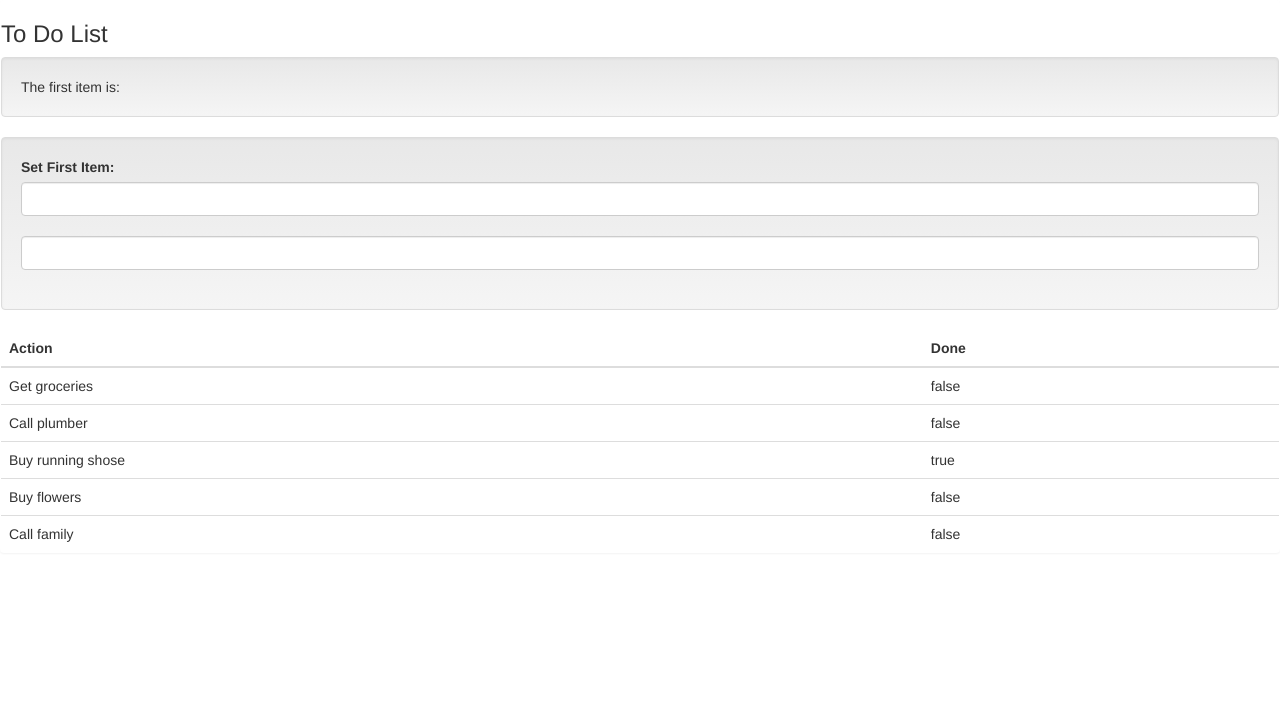
Repository: chisun-joung/workplace
Page: angularJS/WebContent/Chap10_Binding/P277_ngModel.html
These files come from the project's save history. The page is drawn as it stood at one moment and after the next save; the edit follows.
The browser window is 1280 px wide. The pictures show the whole page.
Some web libraries are served in a nearby version.

Above is the page before, as saved 2016-11-28 07:46:06.

After the next save:
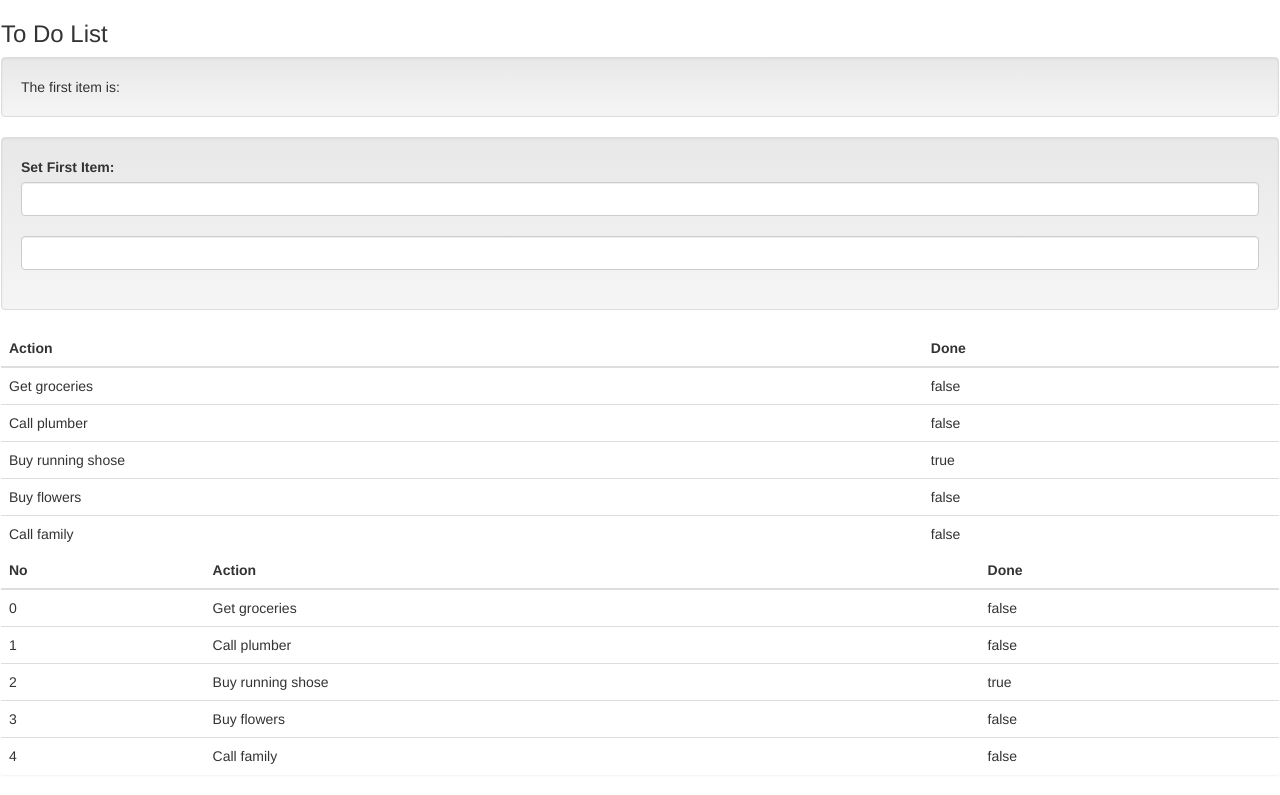
Saved 6 min 36 s later.
--- a/angularJS/WebContent/Chap10_Binding/P277_ngModel.html
+++ b/angularJS/WebContent/Chap10_Binding/P277_ngModel.html
@@ -55,6 +55,24 @@
 			</tbody>
 		</table>
 
+		<table class="table">
+			<thead>
+				<tr>
+					<th>No</th>
+					<th>Action</th>
+					<th>Done</th>
+				</tr>
+			</thead>
+			<tbody>
+				<tr ng-repeat="item in todos">
+					<td>{{$index}}</td>
+					<td>{{item.action}}</td>
+					<td>{{item.complete}}</td>
+				</tr>
+
+			</tbody>
+		</table>
+
 	</div>
 </body>
 </html>
